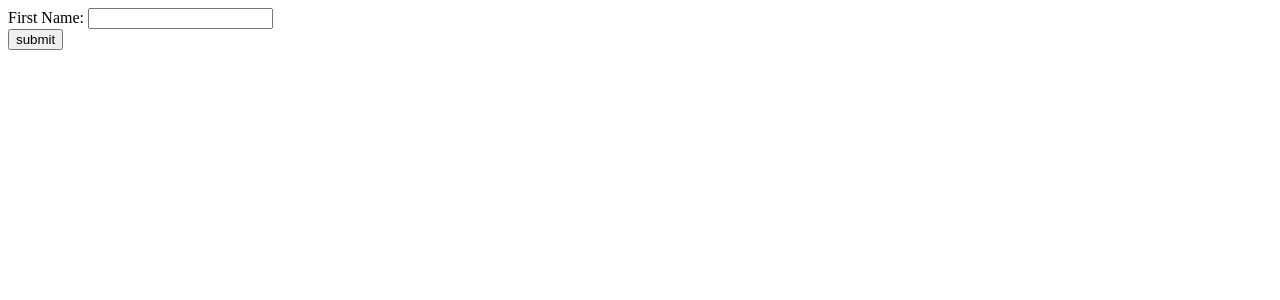
Repository: KnowledgeMarkg/Java-framerwork
Page: Servlet_JSP/ServletDem/src/main/webapp/index.html
The author's editor kept a copy of each file at every save. The page is drawn from the files as they stood at one save, then again after the next save.
The browser window is 1280 px wide. The pictures show the whole page.

Above is the page before, as saved 2023-08-17 09:51:25.

### Servlet_JSP/ServletDem/src/main/webapp/index.html
<!DOCTYPE html>
<html>
<head>
<meta charset="ISO-8859-1">
<title>Insert title here</title>
</head>
<body>
<form action= "Login" method="post">
	 First Name: <input type="text" name="fname"/> </br>
     <input type="submit" value="submit">
</form>
</body>
</html>

After the next save:
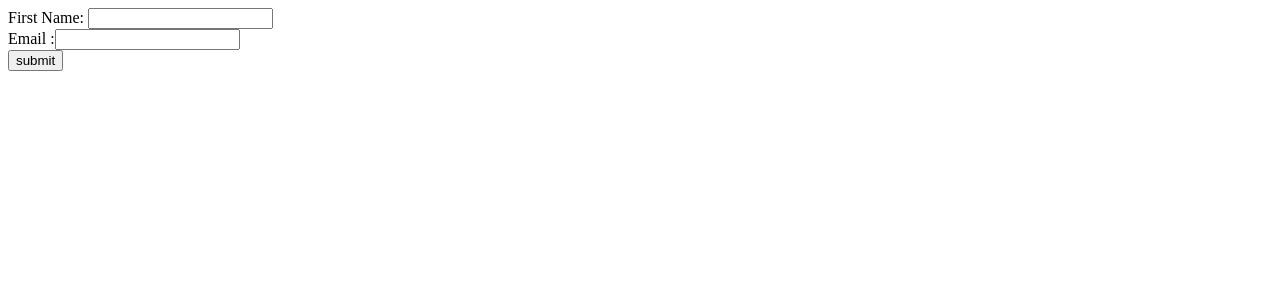
Saved 10 s later.
--- a/Servlet_JSP/ServletDem/src/main/webapp/index.html
+++ b/Servlet_JSP/ServletDem/src/main/webapp/index.html
@@ -7,6 +7,7 @@
 <body>
 <form action= "Login" method="post">
 	 First Name: <input type="text" name="fname"/> </br>
+     Email     :<input type="email" id="email" name="email"/> </br>
      <input type="submit" value="submit">
 </form>
 </body>
